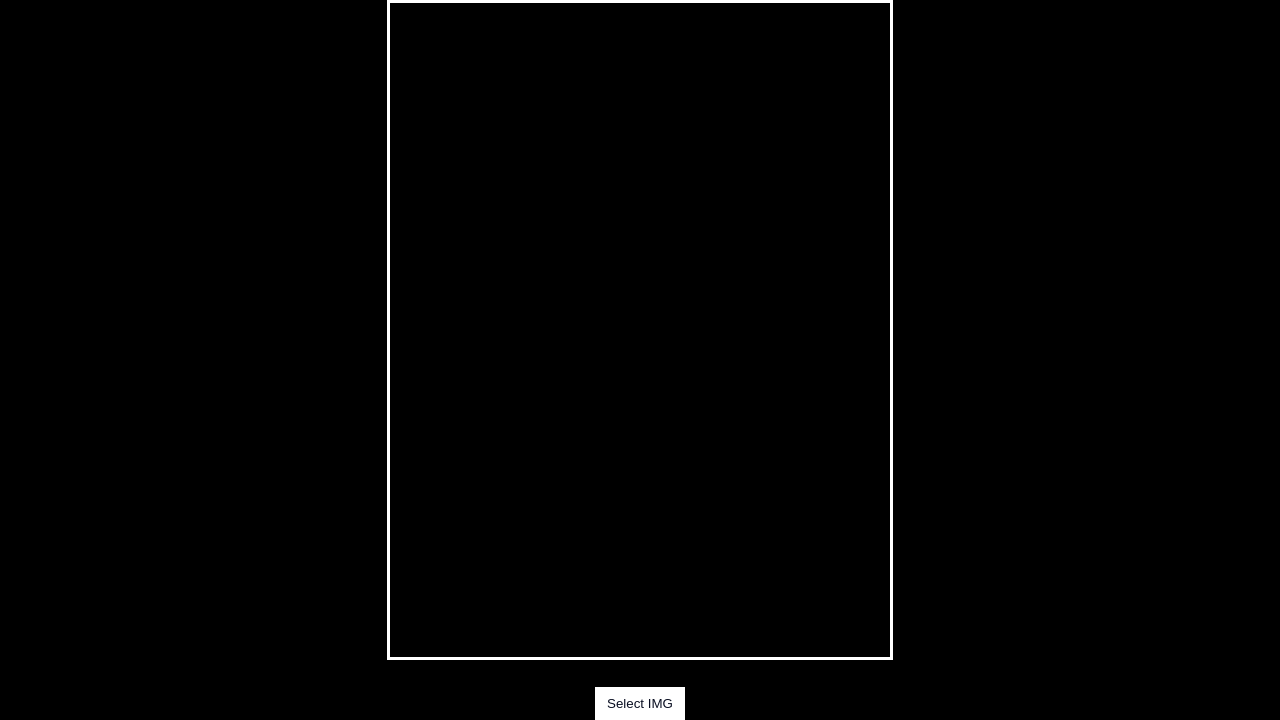
Repository: HOANGKHONGTANCRUSH/APPTenofflowAI
Page: /
These files come from the project's save history. The page is drawn as it stood at one moment and after the next save; the edit follows.
The browser window is 1280 px wide. The pictures show the whole page.
The project was rebuilt for these pictures with package versions that can differ from the ones it lists, and the page was loaded fresh each time. Also part of the build but not shown: src/App.css.

Above is the page before, as saved 2024-01-28 11:28:26.

After the next save:
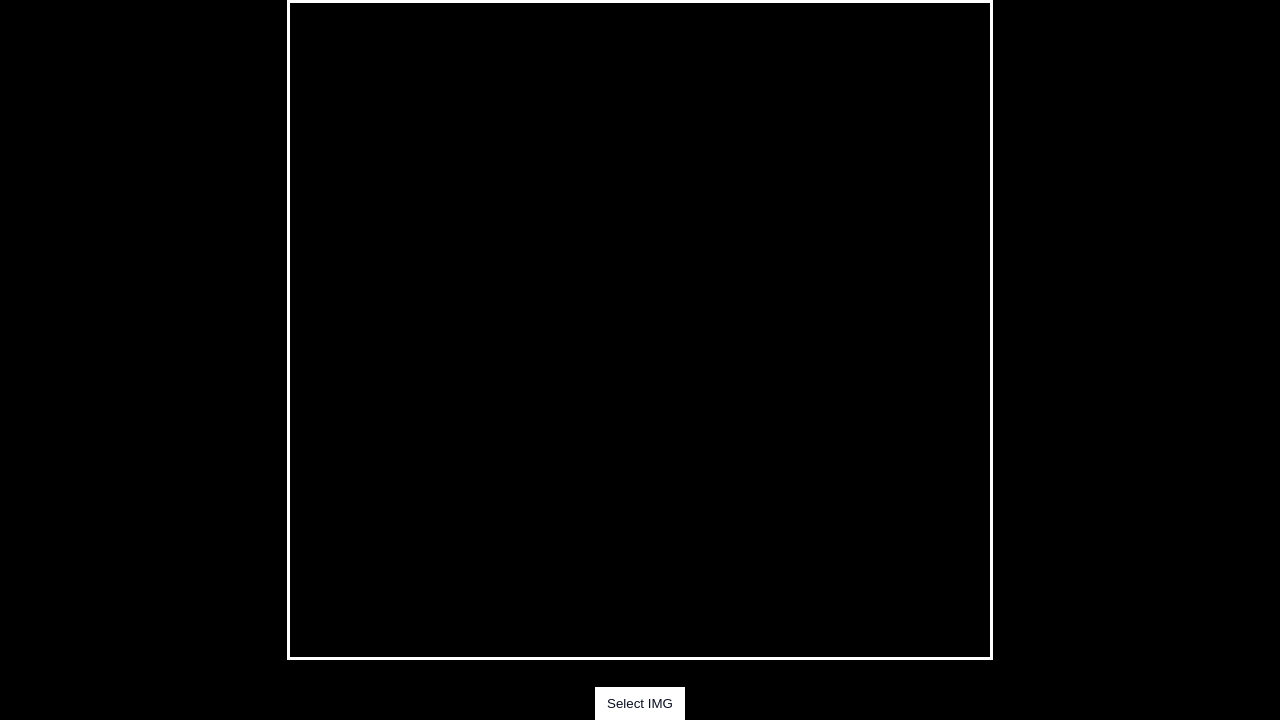
Saved 8 s later.
--- a/src/components/objectDetector/index.jsx
+++ b/src/components/objectDetector/index.jsx
@@ -14,7 +14,7 @@ const ObjectDetectorContainer = styled.div`
 `;
 
 const DetectorContainer = styled.div`
-  width: 500px;
+  width: 700px;
   height: 800px;
   border: 3px solid #fff;
   display: flex;
